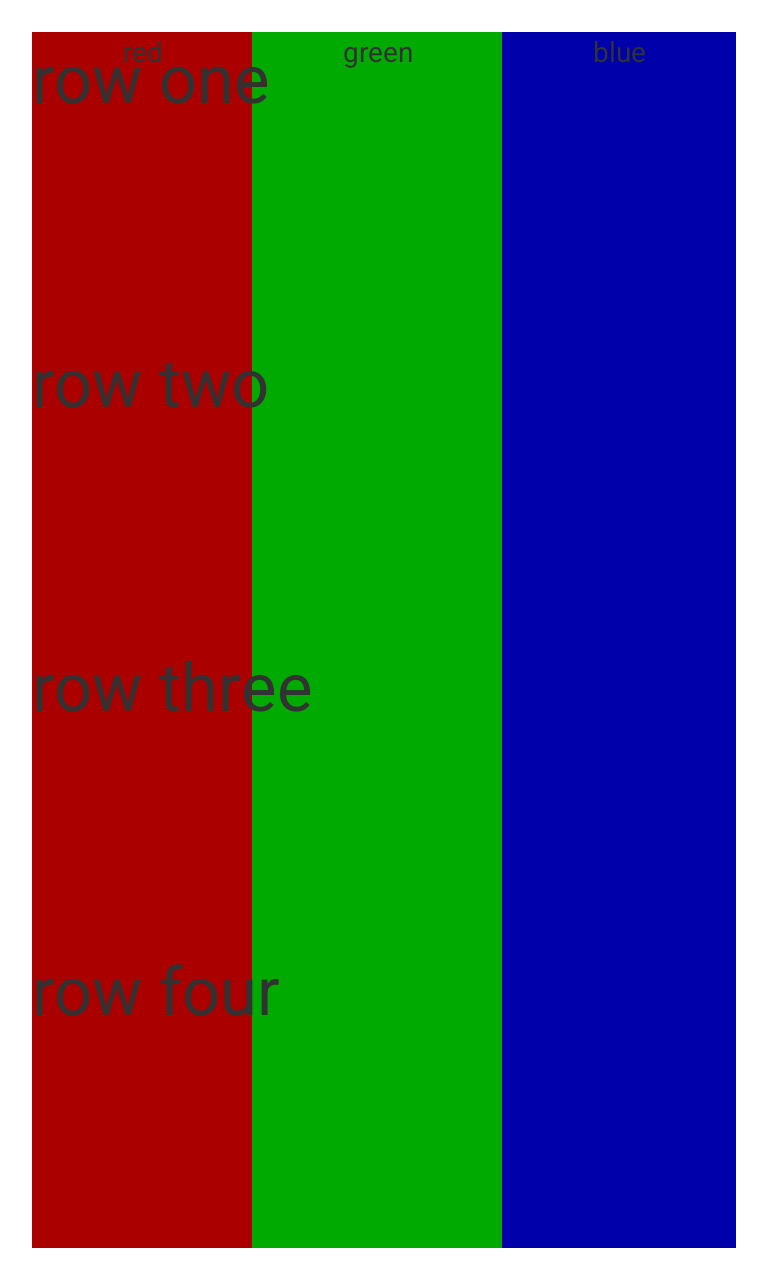
Repository: PatKelsh/IS-413
Layout: LinearLayout/res/layout/activity_main.xml
These files come from the project's save history. The layout is drawn as it stood at one moment and after the next save; the edit follows.
It is drawn on a 768 x 1280 px phone screen (xhdpi) without system bars, with theme AppTheme; the app's code is not run.

Above is the layout before, as saved 2015-02-04 03:31:42.

### LinearLayout/res/layout/activity_main.xml
<RelativeLayout xmlns:android="http://schemas.android.com/apk/res/android"
    xmlns:tools="http://schemas.android.com/tools"
    android:layout_width="match_parent"
    android:layout_height="match_parent"
    android:paddingBottom="@dimen/activity_vertical_margin"
    android:paddingLeft="@dimen/activity_horizontal_margin"
    android:paddingRight="@dimen/activity_horizontal_margin"
    android:paddingTop="@dimen/activity_vertical_margin"
    tools:context="com.example.linearlayout.MainActivity" >

    <LinearLayout
        android:orientation="horizontal"
        android:layout_width="fill_parent"
        android:layout_height="fill_parent"
        android:layout_weight="1">

        <TextView
            android:text="red"
            android:gravity="center_horizontal"
            android:background="#aa0000"
            android:layout_width="wrap_content"
            android:layout_height="fill_parent"
            android:layout_weight="1"/>

        <TextView
            android:text="green"
            android:gravity="center_horizontal"
            android:background="#00aa00"
            android:layout_width="wrap_content"
            android:layout_height="fill_parent"
            android:layout_weight="1"/>

        <TextView
            android:text="blue"
            android:gravity="center_horizontal"
            android:background="#0000aa"
            android:layout_width="wrap_content"
            android:layout_height="fill_parent"
            android:layout_weight="1"/>
    </LinearLayout>
    <LinearLayout
        android:orientation="vertical"
        android:layout_width="fill_parent"
        android:layout_height="fill_parent"
        android:layout_weight="2">

        <TextView
            android:text="row one"
            android:textSize="15pt"
            android:layout_width="fill_parent"
            android:layout_height="wrap_content"
            android:layout_weight="1"/>
        <TextView
            android:text="row two"
            android:textSize="15pt"
            android:layout_width="fill_parent"
            android:layout_height="wrap_content"
            android:layout_weight="1"/>
        <TextView
            android:text="row three"
            android:textSize="15pt"
            android:layout_width="fill_parent"
            android:layout_height="wrap_content"
            android:layout_weight="1"/>
        <TextView
            android:text="row four"
            android:textSize="15pt"
            android:layout_width="fill_parent"
            android:layout_height="wrap_content"
            android:layout_weight="1"/>

    </LinearLayout>


</RelativeLayout>

Loaded but not shown: LinearLayout/res/values/styles.xml (common file); LinearLayout/res/values-v11/styles.xml (common file); LinearLayout/res/values-v14/styles.xml (common file); LinearLayout/res/values/dimens.xml (common file); LinearLayout/res/values-w820dp/dimens.xml (common file)

After the next save:
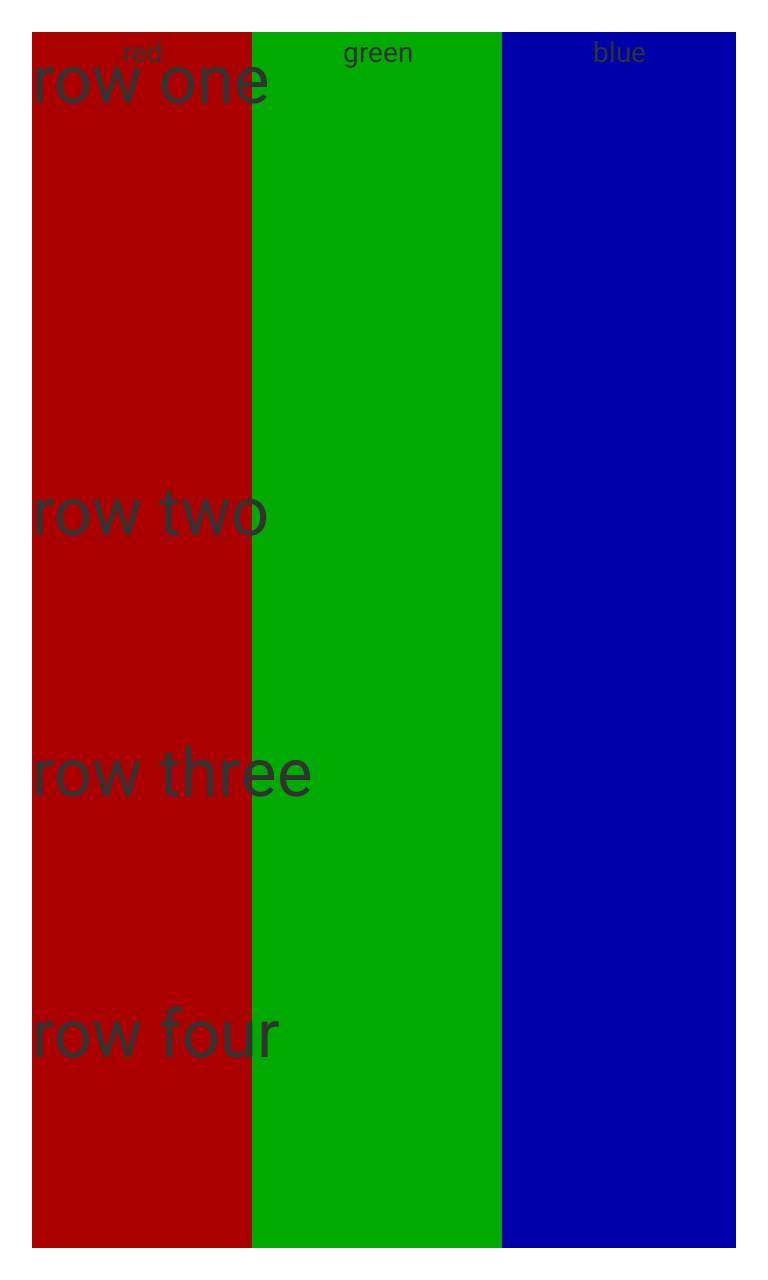
Saved 3 min 25 s later.
--- a/LinearLayout/res/layout/activity_main.xml
+++ b/LinearLayout/res/layout/activity_main.xml
@@ -42,14 +42,14 @@
         android:orientation="vertical"
         android:layout_width="fill_parent"
         android:layout_height="fill_parent"
-        android:layout_weight="2">
+        android:layout_weight="1">
 
         <TextView
             android:text="row one"
             android:textSize="15pt"
             android:layout_width="fill_parent"
             android:layout_height="wrap_content"
-            android:layout_weight="1"/>
+            android:layout_weight="2"/>
         <TextView
             android:text="row two"
             android:textSize="15pt"
